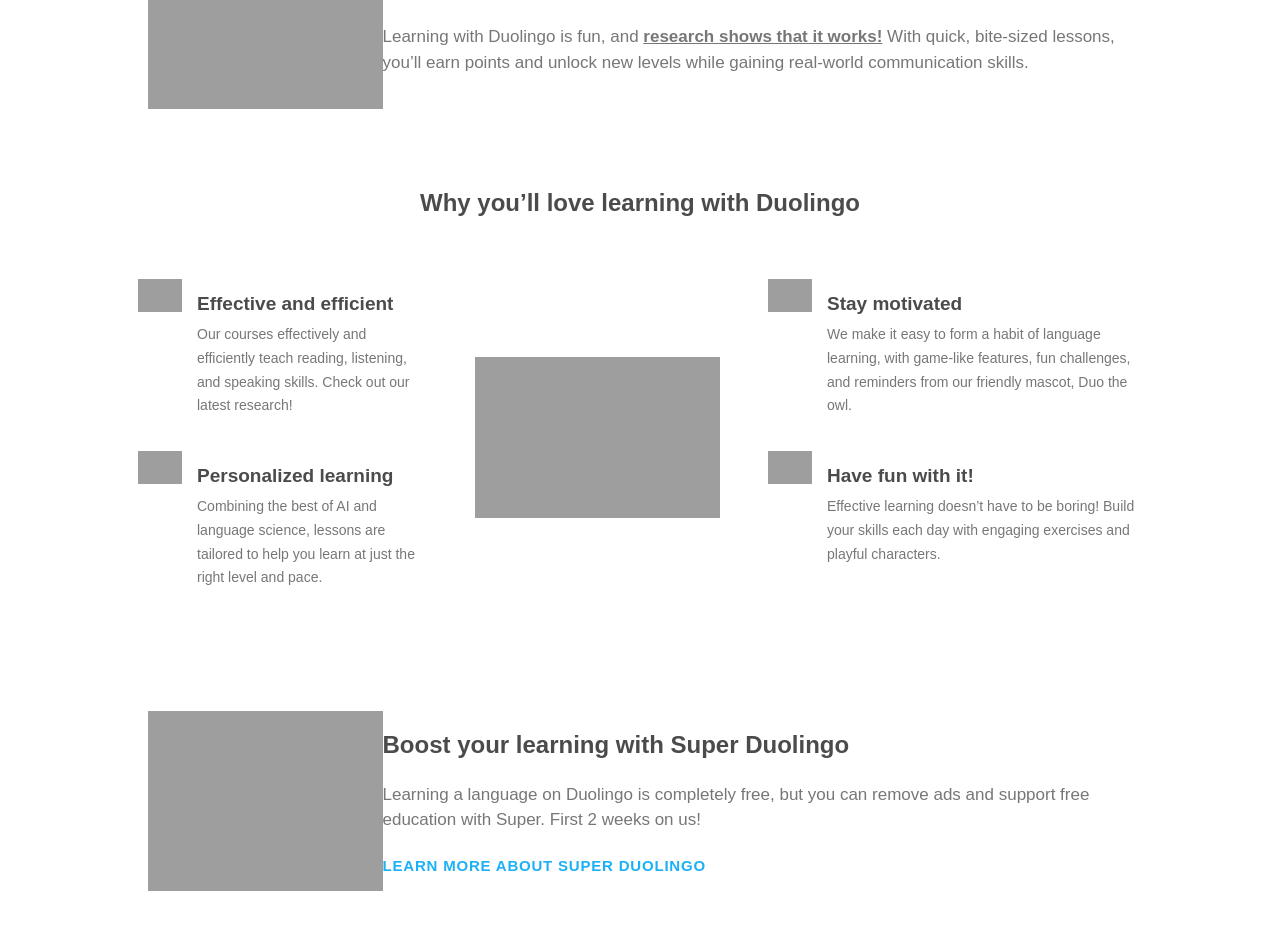
Repository: kauittt/duolingo-little
Page: login.html
The author's editor kept a copy of each file at every save. The page is drawn from the files as they stood at one save, then again after the next save.
The browser window is 1280 px wide. The pictures show the part of the page from y = 807 to 1759 px (the page is 1741 px tall before and 1759 px after).
Pictures or frames that could not be fetched are drawn as grey boxes. A picture or video elsewhere on the page could not be fetched, so the positions and the page height are approximate. Some web libraries are served in a nearby version.

Above is the page before, as saved 2023-03-26 20:22:52.

After the next save:
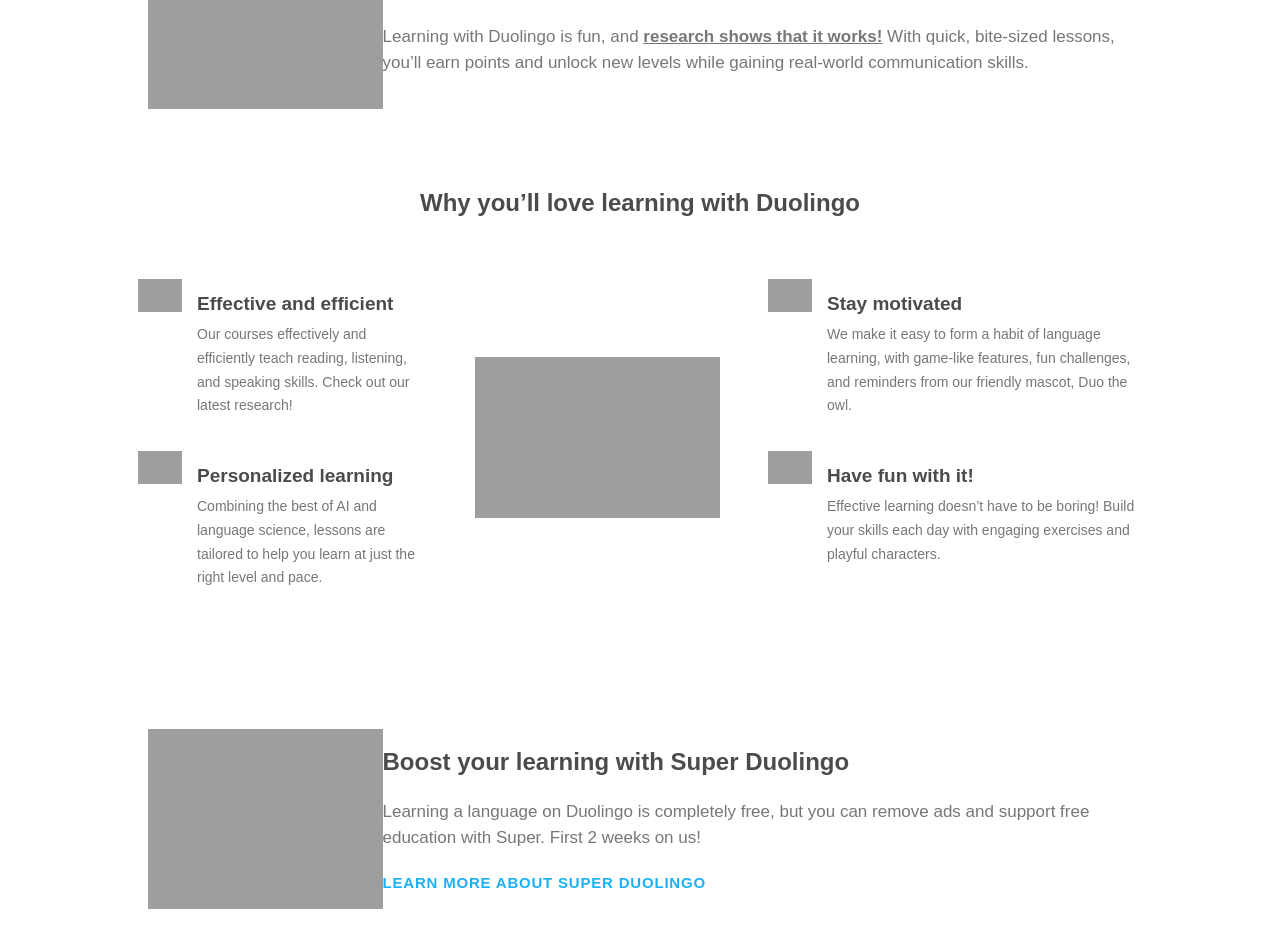
Saved 53 s later.
--- a/assets/css/stytes.css
+++ b/assets/css/stytes.css
@@ -295,7 +295,7 @@
     justify-content: center;
     align-items: center;
     margin-top: 12px;
-    height: 225px;
+    height: 260px;
 }
 .super-wrap {
     display: flex;
